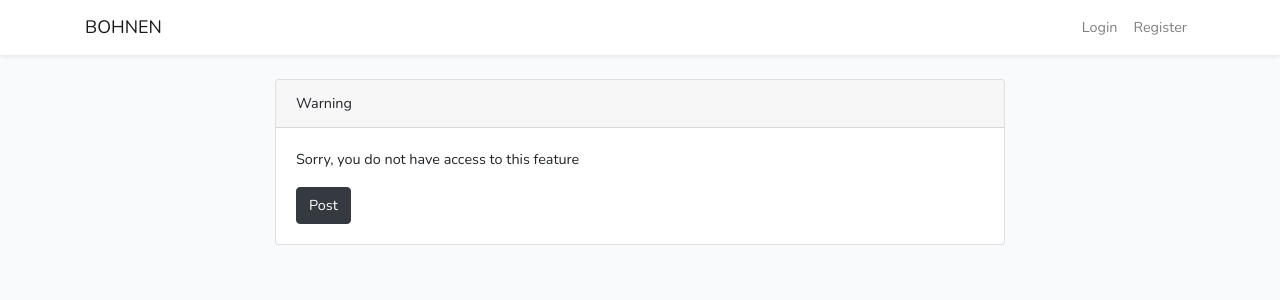
Repository: davidbohnen/BOHNEN
Page: http://localhost/warn
The author's editor kept a copy of each file at every save. The page is drawn from the files as they stood at one save, then again after the next save.
The browser window is 1280 px wide. The pictures show the whole page.
The page is served by the project's Laravel application, run on PHP 8.4 with Laravel 8. Other server files are loaded and not shown.

Above is the page before, as saved 2020-05-05 20:34:17.

### routes/web.php
<?php

use Illuminate\Support\Facades\Route;

/*
|--------------------------------------------------------------------------
| Web Routes
|--------------------------------------------------------------------------
|
| Here is where you can register web routes for your application. These
| routes are loaded by the RouteServiceProvider within a group which
| contains the "web" middleware group. Now create something great!
|
*/

Route::get('/', function () {
    return view('welcome');
});

Auth::routes();

Route::get('/home', 'HomeController@index')->name('home');

Route::get('/post/create', 'PostController@create');
Route::post('/post', 'PostController@store');
Route::get('/warn', 'IndexController@warn');
Route::get('/post/{post}', 'PostController@show');

Route::get('/public', 'IndexController@public');



Route::get('/about', 'IndexController@about');
Route::get('/more', 'IndexController@more');
Route::get('/history', 'IndexController@history');
Route::get('/record', 'IndexController@record');
Route::get('/contact', 'IndexController@contact');
Route::get('/live', 'IndexController@live');

### app/Http/Controllers/IndexController.php
<?php

namespace App\Http\Controllers;

use Illuminate\Http\Request;

class IndexController extends Controller
{


    public function index(){

        return view('index');
    }

    public function about(){

        return view('about');
    }

    public function more(){

        return view('more');
    }

    public function history(){

        return view('history');
    }

    public function record(){

        return view('record');
    }

    public function contact(){

        return view('contact');
    }

    public function live(){

        return view('live');
    }

    public function public(){

        return view('public');
    }

    public function warn(){

        return view('warn');
    }

}

### resources/views/warn.blade.php
@extends('layouts.app')
@section('content')
<div class="container">
    <div class="row justify-content-center">
        <div class="col-md-8">
            <div class="card">
                <div class="card-header">Warning</div>

                <div class="card-body">
                    @if (session('status'))
                        <div class="alert alert-success" role="alert">
                            {{ session('status') }}
                        </div>
                    @endif
                    <p>Sorry, you do not have access to this feature</p>
                <a href="/post/create" class="btn btn-dark">Post</a>

                </div>
            </div>
        </div>
    </div>
</div>
@endsection

### resources/views/layouts/app.blade.php
<!doctype html>
<html lang="{{ str_replace('_', '-', app()->getLocale()) }}">
<head>
    <meta charset="utf-8">
    <meta name="viewport" content="width=device-width, initial-scale=1">

    <!-- CSRF Token -->
    <meta name="csrf-token" content="{{ csrf_token() }}">

    <title>{{ config('BOHNEN', 'BOHNEN') }}</title>


    <!-- Scripts -->
    <script src="{{ asset('js/app.js') }}" defer></script>

    <!-- Fonts -->
    <link rel="dns-prefetch" href="//fonts.gstatic.com">
    <link href="https://fonts.googleapis.com/css?family=Nunito" rel="stylesheet">

    <!-- Styles -->
    <link href="{{ asset('css/app.css') }}" rel="stylesheet">
</head>
<body>
    <div id="app">
        <nav class="navbar navbar-expand-md navbar-light bg-white shadow-sm">
            <div class="container">
                <a class="navbar-brand" href="{{ url('/') }}">
                    {{ config('BOHNEN', 'BOHNEN') }}
                </a>
                <button class="navbar-toggler" type="button" data-toggle="collapse" data-target="#navbarSupportedContent" aria-controls="navbarSupportedContent" aria-expanded="false" aria-label="{{ __('Toggle navigation') }}">
                    <span class="navbar-toggler-icon"></span>
                </button>

                <div class="collapse navbar-collapse" id="navbarSupportedContent">
                    <!-- Left Side Of Navbar -->
                    <ul class="navbar-nav mr-auto">

                    </ul>

                    <!-- Right Side Of Navbar -->
                    <ul class="navbar-nav ml-auto">
                        <!-- Authentication Links -->
                        @guest
                            <li class="nav-item">
                                <a class="nav-link" href="{{ route('login') }}">{{ __('Login') }}</a>
                            </li>
                            @if (Route::has('register'))
                                <li class="nav-item">
                                    <a class="nav-link" href="{{ route('register') }}">{{ __('Register') }}</a>
                                </li>
                            @endif
                        @else
                            <li class="nav-item dropdown">
                                <a id="navbarDropdown" class="nav-link dropdown-toggle" href="#" role="button" data-toggle="dropdown" aria-haspopup="true" aria-expanded="false" v-pre>
                                    {{ Auth::user()->name }} <span class="caret"></span>
                                </a>

                                <div class="dropdown-menu dropdown-menu-right" aria-labelledby="navbarDropdown">
                                    <a class="dropdown-item" href="{{ route('logout') }}"
                                       onclick="event.preventDefault();
                                                     document.getElementById('logout-form').submit();">
                                        {{ __('Logout') }}
                                    </a>

                                    <form id="logout-form" action="{{ route('logout') }}" method="POST" style="display: none;">
                                        @csrf
                                    </form>
                                </div>
                            </li>
                        @endguest
                    </ul>
                </div>
            </div>
        </nav>

        <main class="py-4">
            @yield('content')
        </main>
    </div>
</body>
</html>

Loaded but not shown: app/Http/Controllers/Auth/LoginController.php (common file); app/Http/Controllers/Controller.php (common file); app/Http/Controllers/Auth/ConfirmPasswordController.php (common file); public/css/app.css (library)

After the next save:
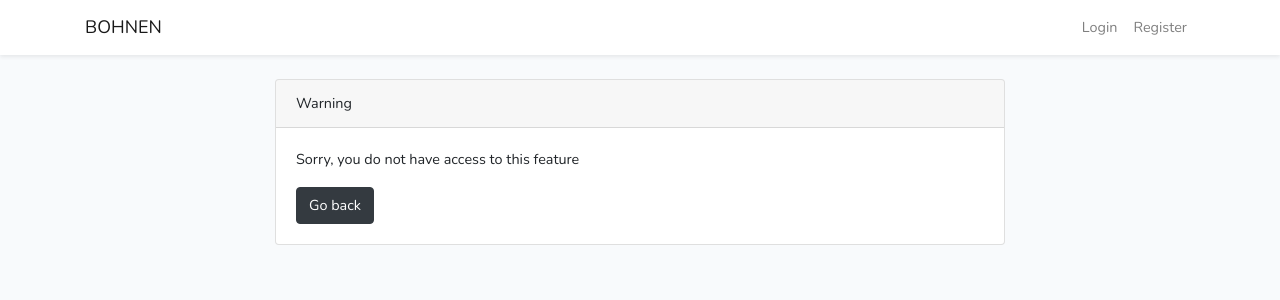
Saved 35 s later.
--- a/resources/views/warn.blade.php
+++ b/resources/views/warn.blade.php
@@ -13,7 +13,7 @@
                         </div>
                     @endif
                     <p>Sorry, you do not have access to this feature</p>
-                <a href="/post/create" class="btn btn-dark">Post</a>
+                <a href="/public" class="btn btn-dark">Go back</a>
 
                 </div>
             </div>
